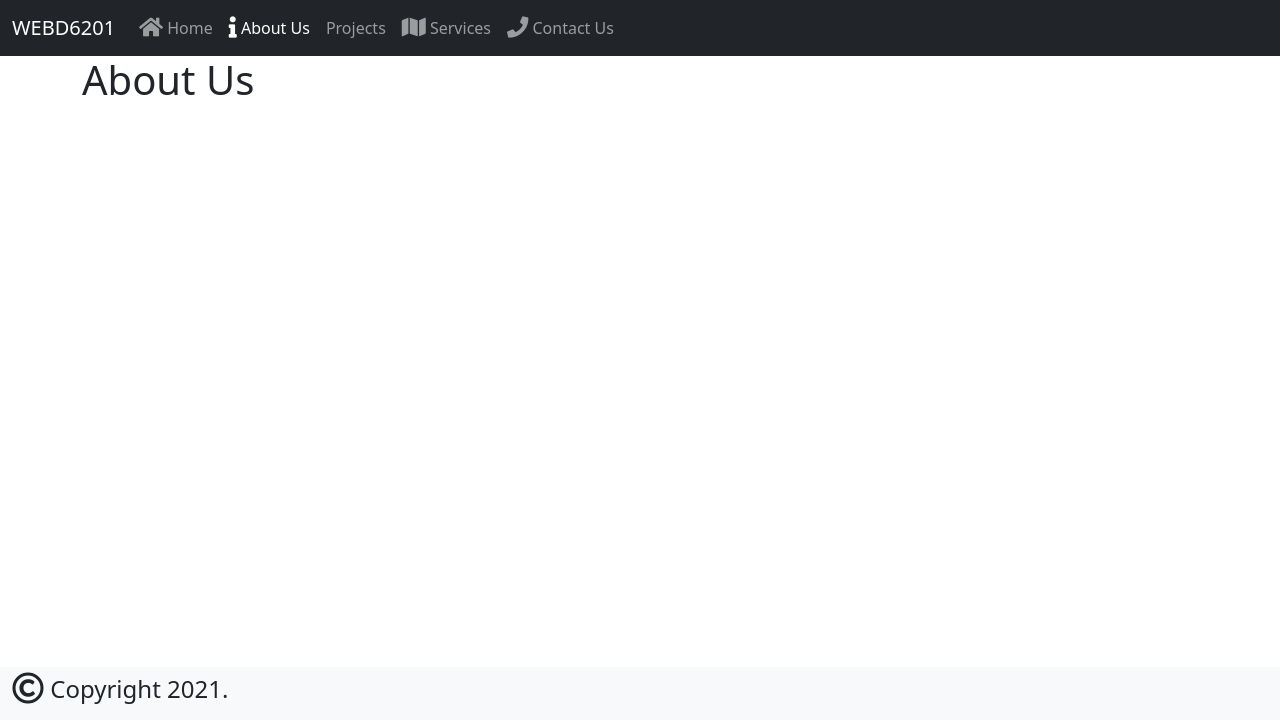
Repository: YiuWingLau/WEBD6201-W2021-Lab1
Page: about.html
The author's editor kept a copy of each file at every save. The page is drawn from the files as they stood at one save, then again after the next save.
The browser window is 1280 px wide. The pictures show the whole page.

Above is the page before, as saved 2021-02-03 22:35:44.
Console error: TypeError: mainContent.innerHTML is not a function

### about.html
<!DOCTYPE html>
<html lang="en">
<head>
    <meta charset="UTF-8">
    <meta name="viewport" content="width=device-width, initial-scale=1.0">
    <title>About</title>

    <!--CSS Section -->
    <link rel="stylesheet" href="./node_modules/bootstrap/dist/css/bootstrap.min.css">
    <link rel="stylesheet" href="./node_modules/@fortawesome//fontawesome-free/css/all.min.css">
    <link rel="stylesheet" href="./Content/app.css">
</head>
<body>
    <!-- Main Header-->
    <header>
      <!-- Main Navigation-->
      <nav class="navbar navbar-expand-lg navbar-dark bg-dark">
          <div class="container-fluid">
            <a class="navbar-brand" href="index.html">WEBD6201</a>
            <button class="navbar-toggler" type="button" data-bs-toggle="collapse" data-bs-target="#navbarSupportedContent" aria-controls="navbarSupportedContent" aria-expanded="false" aria-label="Toggle navigation">
              <span class="navbar-toggler-icon"></span>
            </button>
            <div class="collapse navbar-collapse" id="navbarSupportedContent">
              <ul class="navbar-nav me-auto mb-2 mb-lg-0">

                  <li class="nav-item">
                    <a class="nav-link" aria-current="page" href="index.html"><i class="fas fa-home fa-lg"></i> Home</a>
                  </li>

                  <li class="nav-item">
                    <a class="nav-link active" aria-current="page" href="about.html"><i class="fas fa-info fa-lg"></i> About Us</a>
                  </li>
                  <li class="nav-item">
                    <a id="navBarProjects" class="nav-link" aria-current="page" href="products.html"><i class="fas fa-cog fa-lg"></i> Products</a>
                  </li>
                  <li class="nav-item">
                    <a class="nav-link" aria-current="page" href="services.html"><i class="fas fa-map fa-lg"></i> Services</a>
                  </li>
                  <li class="nav-item">
                    <a class="nav-link" aria-current="page" href="contact.html"><i class="fas fa-phone fa-lg"></i> Contact Us</a>
                  </li>
              </ul>
            </div>
          </div>
      </nav>
    </header>

    <!-- Main Content -->
    <main class="container">
        <h1>About Us</h1>
    </main>

    <!-- Main Footer -->
    <footer>
        <nav class="navbar fixed-bottom navbar-light bg-light">
            <div class="container-fluid">
              <h4><i class="far fa-copyright fa-lg"></i> Copyright 2021.</a></h4>
            </div>
        </nav>
    </footer>
    <!-- JavaScript Section -->
    <script src="./node_modules/jquery/dist/jquery.min.js"></script>
    <script src="./node_modules/bootstrap/dist/js/bootstrap.bundle.min.js"></script>
    <script src="./Scripts/app.js"></script>
</body>
</html>

### Content/app.css
body {
    background-color: powerblue;
}

### Scripts/app.js
/* custom JavaScript goes here */

//IIFE - Immediately Invoked Function Expression
//AKA - Anonymous Self-Executing Function
//Closure - limits scope leak

"use strict";

(function()
{
    function displayHome()
    {
        let paragraphOneText =
          "This is a simple site to demonstrate DOM Manipulation for ICE 1";

        let paragraphOneElement = document.getElementById("paragraphOne");

        paragraphOneElement.textContent = paragraphOneText;
        paragraphOneElement.className = "fs-5";

        // Step 1. document.createElement
        let newParagraph = document.createElement("p");
        // Step 2. configure the element
        newParagraph.setAttribute("id", "paragraphTwo");
        newParagraph.textContent = "...And this is paragraph two";
        // Step 3. select the parent element
        let mainContent = document.getElementsByTagName("main")[0];
        // Step 4. Add / Insert the element
        mainContent.appendChild(newParagraph);
        newParagraph.className = "fs-6";

        // another way of injecting content
        let paragraphDiv = document.createElement("div");
        let paragraphThree = `<p id="paragraphThree" class="fs-7 fw-bold">And this is the Third Paragraph</p>`;
        paragraphDiv.innerHTML = paragraphThree;

        // insertions

        // example of inserting before a node
        //newParagraph.before(paragraphDiv);

        // example of inserting after a node
        newParagraph.after(paragraphDiv);

        // deletions

        // example of removing a single element
        //paragraphOneElement.remove();

        // example of removeChild
        mainContent.removeChild(paragraphOneElement);
        // update / modification
        //mainContent.firstElementChild.textContent = "Welcome Home!";

        mainContent.innerHTML = `<h1 id="firstHeading">Welcome to Nelson's web page</h1>
         <p id="paragraphOne" class="fs-3 fw-bold">This is my home page, I'm welcome everyone to visit my site.</p>
        `;

    }

    function displayAbout()
    {
                // Step 1. document.createElement
                let newParagraph = document.createElement("p");


                let myPicture = `<img src="img_me.jpg" alt="Nelson Lau">`;

                // Step 2. configure the element
                newParagraph.setAttribute("id", "introducemyself");
                newParagraph.textContent = "Hi~ My name is Nelson Lau. I am a computer programmer student, studied at durham college.";
                // Step 3. select the parent element
                let mainContent = document.getElementsByTagName("main")[0];
                // Step 4. Add / Insert the element
                mainContent.innerHTML(newParagraph);
                newParagraph.className = "fs-6";
                mainContent.innerHTML = myPicture;
    }

    function displayProjects()
    {
        // Step 1. document.createElement
        let newParagraph = document.createElement("p");
        // Step 2. configure the element
        newParagraph.setAttribute("id", "myprojects");
        newParagraph.textContent = "Here are my famourite projects.";
        // Step 3. select the parent element
        let mainContent = document.getElementsByTagName("main")[0];
        // Step 4. Add / Insert the element
        mainContent.appendChild(newParagraph);
        newParagraph.className = "fs-6";
    }

    function displayServices()
    {

        // another way of injecting content
        let paragraphDiv = document.createElement("div");
        let paragraphThree = `<p id="paragraphThree" class="fs-7 fw-bold">And this is the Third Paragraph</p>`;
        paragraphDiv.innerHTML = paragraphThree;

        // insertions

        // example of inserting before a node
        // newParagraph.before(paragraphDiv);

        // example of inserting after a node
        newParagraph.after(paragraphDiv);

        // deletions

        // example of removing a single element
        //paragraphOneElement.remove();

        // example of removeChild
       // mainContent.removeChild(paragraphOneElement);
        // update / modification
        //mainContent.firstElementChild.textContent = "Welcome Home!";
    }

    function displayContact()
    {
        let messageArea = document.getElementById("messageArea");
        messageArea.hidden = true;

        // form validation
        let fullName = document.getElementById("fullName");
        fullName.addEventListener("blur", function() {
            if(fullName.value.length < 2)
            {
                fullName.focus();
                fullName.select();
                messageArea.hidden = false;
                messageArea.className = "alert alert-danger";
                messageArea.textContent = "Please enter an appropriate Name";
            }
            else
            {
                messageArea.removeAttribute("class");
                messageArea.hidden = true;
            }
        });

        let sendButton = document.getElementById("sendButton");
        sendButton.addEventListener("click", function(event){
            //event.preventDefault();

            let contact = new Contact(fullName.value, contactNumber.value, emailAddress.value);

            if(contact.serialize())
            {
              localStorage.setItem((localStorage.length + 1).toString(), contact.serialize());
            }

        });
    }

    function displayContactList()
    {
      if (localStorage.length > 0)
      {
        let contactList = document.getElementById("contactList");

        let data = "";

        for (let index = 0; index < localStorage.length; index++)
        {
          let contactData = localStorage.getItem((index + 1).toString());

          let contact = new Contact();
          contact.deserialize(contactData);

          data += `<tr>
          <th scope="row">${index + 1}</th>
          <td>${contact.FullName}</td>
          <td>${contact.ContactNumber}</td>
          <td>${contact.EmailAddress}</td>
        </tr>`;
        }

        contactList.innerHTML = data;
      }
    }



    function Start()
    {
        console.log("App Started...");

        //document.open("text/html","replace");
        //document.write("<a class='nav-link' aria-current='page' href='products.html'><i class="fas fa-cog fa-lg"></i> Products</a>");

        //<a id="navbarSupportedContent">Projects</a>
        //let navBarElement = getElementById("navbarSupportedContent");

        document.getElementById("navBarProjects").href = "projects.html";
        document.getElementById("navBarProjects").text = " Projects";
        //document.getElementById("navBarProjects").setAttribute("class", "fas fa-cog fa-lg");


        switch (document.title)
        {
          case "Home":
              displayHome();
            break;
          case "About":
              displayAbout();
            break;
          case "Projects":
              displayProjects();
            break;
          case "Services":
              displayServices();
            break;
          case "Contact":
              displayContact();
            break;
          case "Contact-List":
            displayContactList();
          break;
        }

    }

    window.addEventListener("load", Start);

})();

Loaded but not shown: node_modules/bootstrap/dist/css/bootstrap.min.css (library); node_modules/@fortawesome/fontawesome-free/css/all.min.css (library); node_modules/jquery/dist/jquery.min.js (library); node_modules/bootstrap/dist/js/bootstrap.bundle.min.js (library)

After the next save:
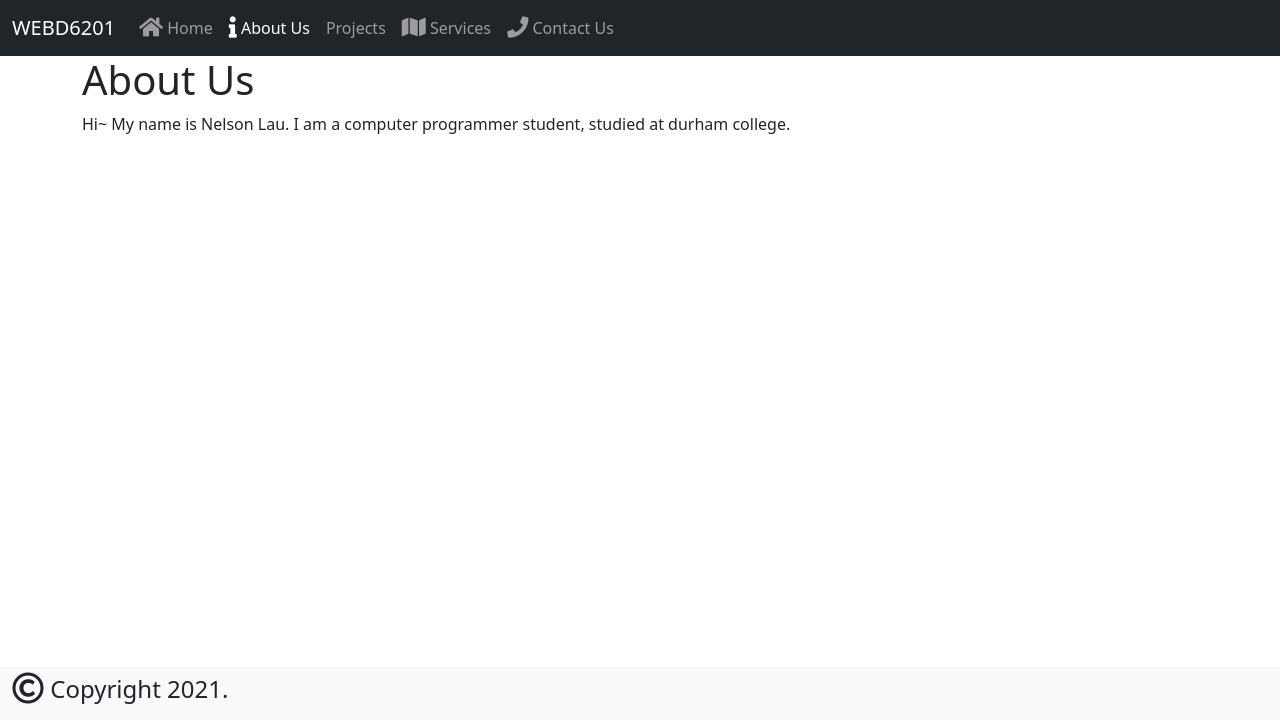
Console error: TypeError: Failed to execute 'appendChild' on 'Node': parameter 1 is not of type 'Node'.
Saved 20 s later.
--- a/Scripts/app.js
+++ b/Scripts/app.js
@@ -72,9 +72,9 @@
                 // Step 3. select the parent element
                 let mainContent = document.getElementsByTagName("main")[0];
                 // Step 4. Add / Insert the element
-                mainContent.innerHTML(newParagraph);
+                mainContent.appendChild(newParagraph);
                 newParagraph.className = "fs-6";
-                mainContent.innerHTML = myPicture;
+                mainContent.appendChild(myPicture);
     }
 
     function displayProjects()
